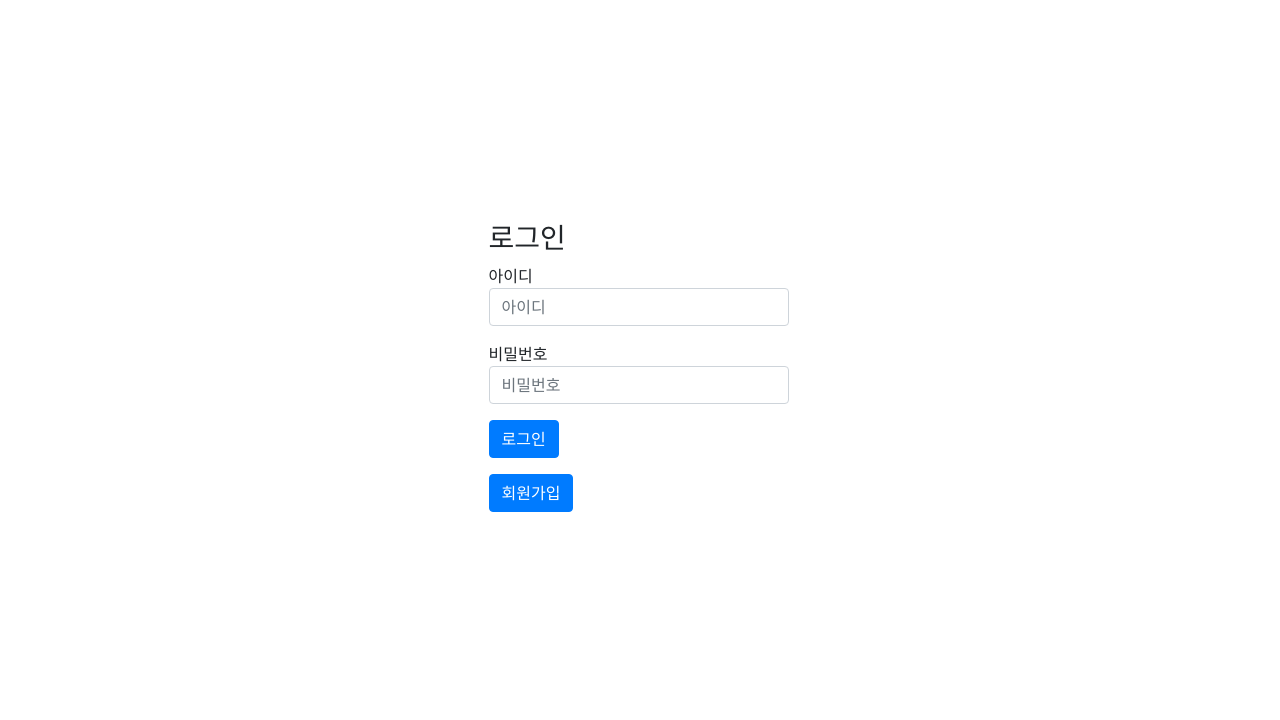
Repository: Seongjoo-Shin/webServer
Page: http://localhost/project/project/login.jsp
These files come from the project's save history. The page is drawn as it stood at one moment and after the next save; the edit follows.
The browser window is 1280 px wide. The pictures show the whole page.
The page is served by Tomcat 9. Other server files are loaded and not shown.

Above is the page before, as saved 2021-06-14 05:23:05.

### 20165514_신성주_웹서버구축_프로젝트_소스코드/project/WebContent/project/login.jsp
<%@ page language="java" contentType="text/html; charset=utf-8"
    pageEncoding="utf-8"%>
<!DOCTYPE html>
<html>
<head>
<meta charset="utf-8">
<title>로그인</title>
<link rel="stylesheet" href="https://stackpath.bootstrapcdn.com/bootstrap/4.3.1/css/bootstrap.min.css" integrity="sha384-ggOyR0iXCbMQv3Xipma34MD+dH/1fQ784/j6cY/iJTQUOhcWr7x9JvoRxT2MZw1T" crossorigin="anonymous">
</head>
<body>
	<div class="container">
		<div class="col-sm-4" style="margin:20% auto auto 35%; border=solid 1;">
		<h3>로그인</h3>
		<form method="post" action="login_process.jsp">
			<p>아이디<input type="text" name="user_id" class="form-control" placeholder="아이디" style="width:300px;"></p>
			<p>비밀번호<input type="password" name="user_pwd" class="form-control" placeholder="비밀번호" style="width:300px;"></p>
			<p><input type="submit" class="btn btn-primary" value="로그인"></p>
			<p><a href="register.jsp" class="btn btn-primary">회원가입</a>
		</form>
		</div>
	</div>
</body>
</html>

After the next save:
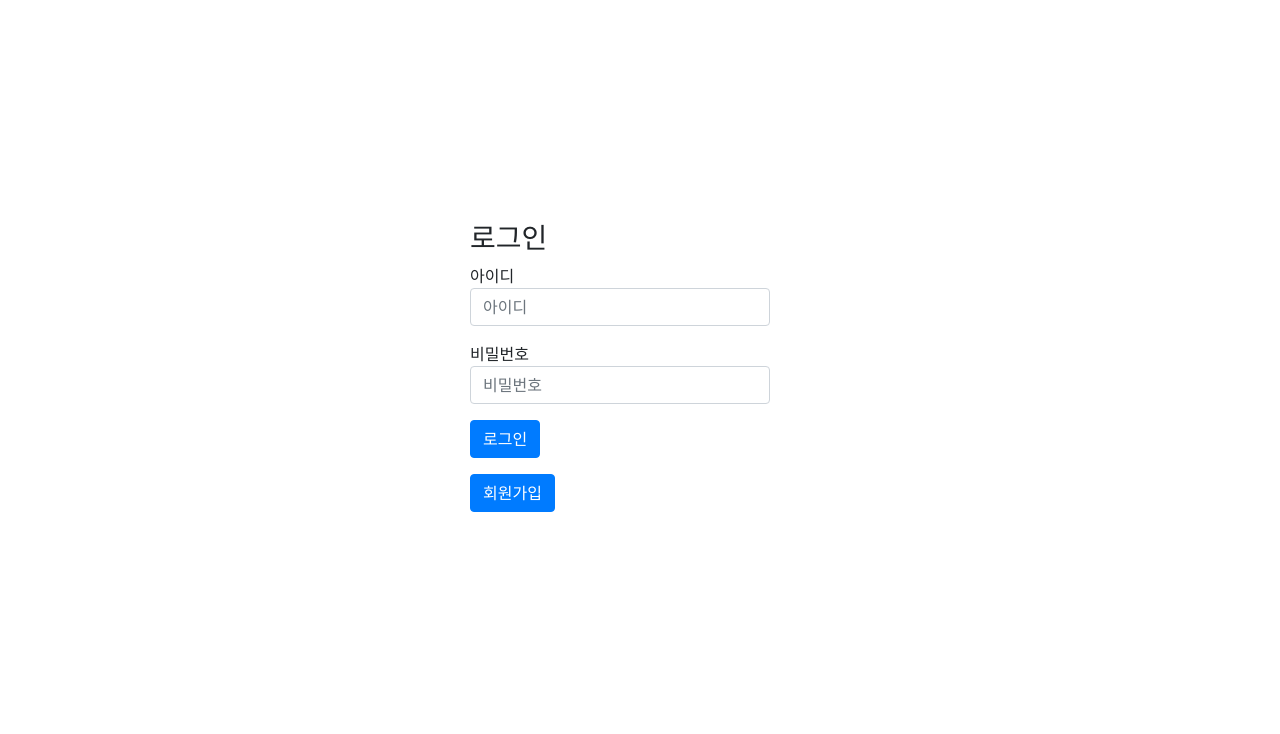
Saved 10 s later.
--- a/20165514_신성주_웹서버구축_프로젝트_소스코드/project/WebContent/project/login.jsp
+++ b/20165514_신성주_웹서버구축_프로젝트_소스코드/project/WebContent/project/login.jsp
@@ -9,7 +9,7 @@
 </head>
 <body>
 	<div class="container">
-		<div class="col-sm-4" style="margin:20% auto auto 35%; border=solid 1;">
+		<div class="col-sm-4" style="margin:20% auto; border=solid 1;">
 		<h3>로그인</h3>
 		<form method="post" action="login_process.jsp">
 			<p>아이디<input type="text" name="user_id" class="form-control" placeholder="아이디" style="width:300px;"></p>
